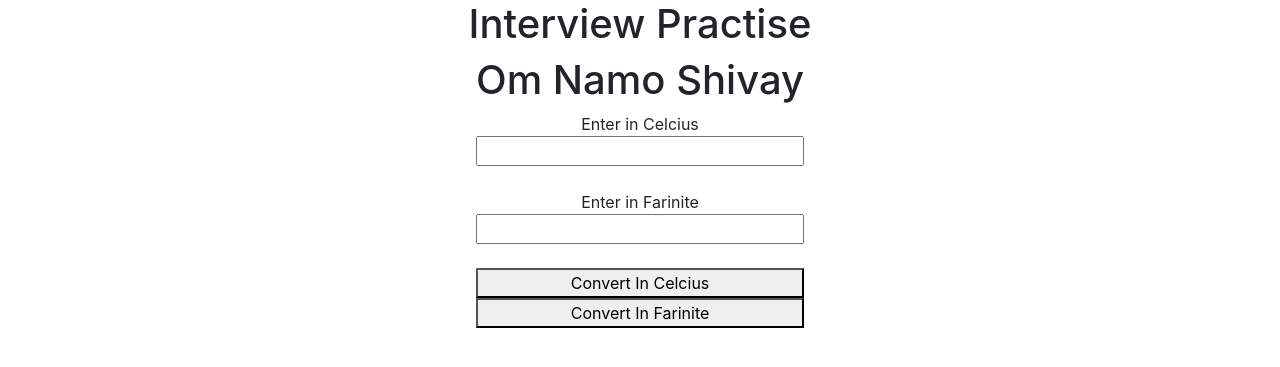
Repository: punitbathija/Machine-Round-React
Page: /
An editor plug-in stored every save of this project. The page is shown before and after the next save, followed by the edit.
The browser window is 1280 px wide. The pictures show the whole page.
The project was rebuilt for these pictures with package versions that can differ from the ones it lists, and the page was loaded fresh each time. Also part of the build but not shown: src/components/counter.jsx, src/components/ProgressBar.js, src/components/CurrencyCoverter.js.

Above is the page before, as saved 2023-06-01 14:21:28.

### src/index.js
import React from "react";
import ReactDOM from "react-dom/client";
import Counter from "./components/counter";
import "./index.css";
import ProgressBar from "./components/ProgressBar";
import CurrencyCoverter from "./components/CurrencyCoverter";
import TempratureConveter from "./components/TempratureConveter";
// import FetchApi from "./components/FetchApi";

const root = ReactDOM.createRoot(document.getElementById("root"));
root.render(
  <>
    <h1 className="text-center">Interview Practise</h1>
    {/* <Counter /> */}
    {/* <FetchApi /> */}
    {/* <ProgressBar /> */}
    {/* <CurrencyCoverter /> */}
    <TempratureConveter />
  </>
);

### src/components/TempratureConveter.js
import React, { useEffect, useState } from "react";

const TempratureConveter = () => {
  const [inCelcius, setInCelcius] = useState("");
  const [inFarinite, setInFarinite] = useState("");

  const convertInFarinites = () => {
    setInFarinite((inCelcius * 9) / 5 + 32);
  };

  const convertInCelcius = () => {
    setInCelcius((inFarinite - 32) * (5 / 9));
  };

  useEffect(() => {}, [inCelcius, inFarinite]);

  return (
    <div
      style={{
        textAlign: "center",
        display: "flex",
        flexDirection: "column",
        margin: "auto",
        width: "fit-content",
      }}
    >
      <h1>Om Namo Shivay</h1>
      <span>Enter in Celcius </span>
      <input onChange={(e) => setInCelcius(e.target.value)} value={inCelcius} />
      <br />
      <span>Enter in Farinite </span>
      <input
        onChange={(e) => setInFarinite(e.target.value)}
        value={inFarinite}
      />
      <br />
      <button onClick={convertInCelcius}>Convert In Celcius</button>
      {inCelcius && <p>{inCelcius}°</p>}
      <button onClick={convertInFarinites}>Convert In Farinite</button>
      {inFarinite && <p>{inFarinite} °F</p>}
    </div>
  );
};

export default TempratureConveter;

Loaded but not shown: public/index.html (common file); src/index.css (common file)

After the next save:
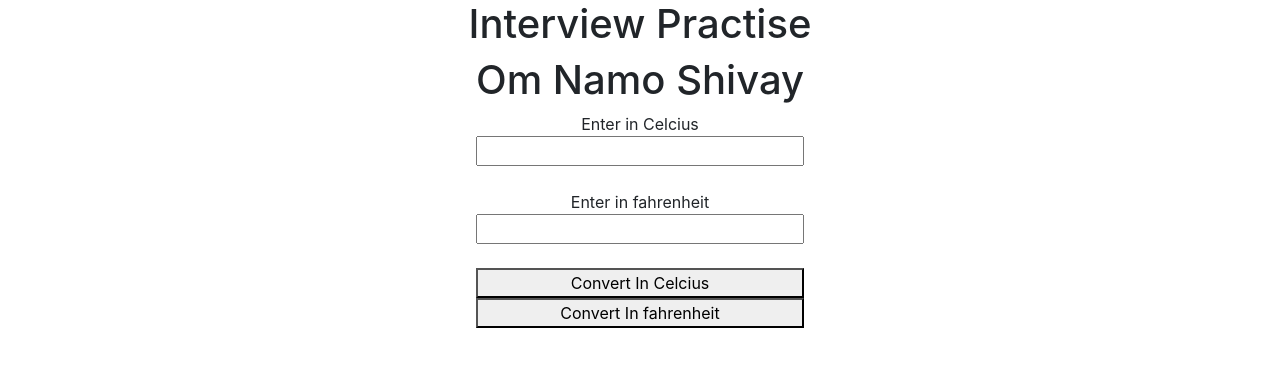
Saved 45 s later.
--- a/src/components/TempratureConveter.js
+++ b/src/components/TempratureConveter.js
@@ -2,17 +2,17 @@ import React, { useEffect, useState } from "react";
 
 const TempratureConveter = () => {
   const [inCelcius, setInCelcius] = useState("");
-  const [inFarinite, setInFarinite] = useState("");
+  const [infahrenheit, setInfahrenheit] = useState("");
 
-  const convertInFarinites = () => {
-    setInFarinite((inCelcius * 9) / 5 + 32);
+  const convertInfahrenheits = () => {
+    setInfahrenheit((inCelcius * 9) / 5 + 32);
   };
 
   const convertInCelcius = () => {
-    setInCelcius((inFarinite - 32) * (5 / 9));
+    setInCelcius((infahrenheit - 32) * (5 / 9));
   };
 
-  useEffect(() => {}, [inCelcius, inFarinite]);
+  useEffect(() => {}, [inCelcius, infahrenheit]);
 
   return (
     <div
@@ -28,16 +28,16 @@ const TempratureConveter = () => {
       <span>Enter in Celcius </span>
       <input onChange={(e) => setInCelcius(e.target.value)} value={inCelcius} />
       <br />
-      <span>Enter in Farinite </span>
+      <span>Enter in fahrenheit </span>
       <input
-        onChange={(e) => setInFarinite(e.target.value)}
-        value={inFarinite}
+        onChange={(e) => setInfahrenheit(e.target.value)}
+        value={infahrenheit}
       />
       <br />
       <button onClick={convertInCelcius}>Convert In Celcius</button>
       {inCelcius && <p>{inCelcius}°</p>}
-      <button onClick={convertInFarinites}>Convert In Farinite</button>
-      {inFarinite && <p>{inFarinite} °F</p>}
+      <button onClick={convertInfahrenheits}>Convert In fahrenheit</button>
+      {infahrenheit && <p>{infahrenheit} °F</p>}
     </div>
   );
 };
